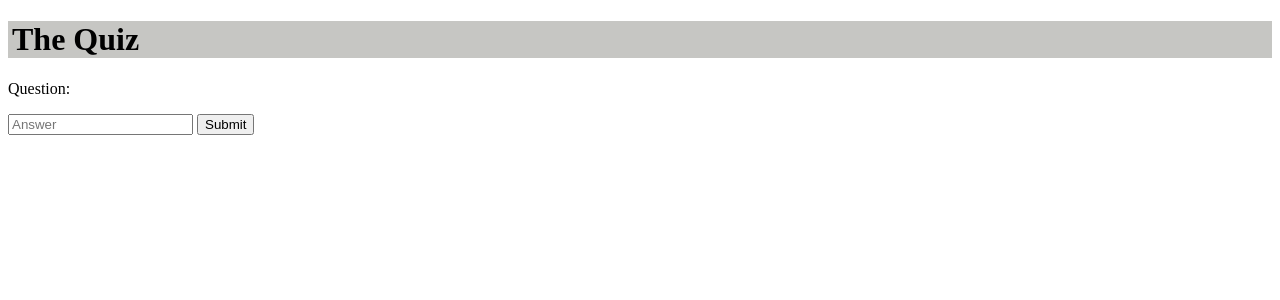
Repository: rs222kn/1dv403-laborationer
Page: 4-thequiz/index.html
The author's editor kept a record of every edit. The page is drawn from the files as they stood at one moment, then again after the next edit.
The browser window is 1280 px wide. The pictures show the whole page.
The page's requests for data from a server got no answer.

Above is the page before.
Console error: TypeError: Cannot set properties of null (setting 'innerHTML')

### 4-thequiz/index.html
<!DOCTYPE html>
<html>
    <head>
        <meta charset="UTF-8" />
 	    <title>The Quiz</title>
 	    <link href='//fonts.googleapis.com/css?family=Roboto' rel='stylesheet' type='text/css'>
        <link rel="stylesheet" type="text/css" href="css/style.css">
    </head>
    <body>
        <main>
            <header><h1>The Quiz</h1></header>
            <p>Question: </p>
            <input type="text" name="answer" id="answer" placeholder="Answer" />
            <input type="submit" name="submit" id="submit" />
        </main>
        <script src="js/script.js"></script>
    </body>
</html>

### 4-thequiz/css/style.css
body{
    background-break: #685489;

}

main{

}

header{
    padding-left: 4px;
    background-color: #C6C6C3;
    margin: auto;

}

section{
    padding: 4px;
    width: 250px;
    height: 200px;
    background-color: #634B7F;
    margin: auto;

}

#question{

}

#answer{

}

#submit{

}

### 4-thequiz/js/script.js
"use strict";

var Bord = {

    doc: {
        getSubmitBtn: document.getElementById("submit"),
        getPTagQuestion: document.getElementById("question"),
        getInputAnswer: document.getElementById("answer"),
        getPTagResponse: document.getElementById("response"),


        varXhr: new XMLHttpRequest(),

    },

    init: function(){

        Bord.xhrQuestion();
    },

    // skriver ut Frågor
    printQuestion: function(question){
        Bord.doc.getPTagQuestion.innerHTML = question;
    },

    // Får frågorna..
    xhrQuestion: function(url){
         url = url || "http://vhost3.lnu.se:20080/question/1";

        Bord.doc.varXhr.onreadystatechange = function(){
            if (Bord.doc.varXhr.readyState === 4) {
                if (Bord.doc.varXhr.status === 200) {

                    //Bord.doc.varResponse = JSON.parse(Bord.doc.varXhr.responseText);
                    var response = JSON.parse(Bord.doc.varXhr.responseText);
                    Bord.printQuestion(response.question);
                    Bord.click(response);
                }
                else{
                    Bord.doc.getPTagResponse.innerHTML = "Oväntat fel!";
                }
            }
        };
        Bord.doc.varXhr.open("GET", url, true);
        Bord.doc.varXhr.send(null);
    },

    // skickar svar!
    xhrAnswer: function(url, reId, reAnswer){

        Bord.doc.getInputAnswer.value = "";
        var product = {
            id: reId,
            answer: reAnswer
        };

        Bord.doc.varXhr.onreadystatechange = function(){
            if (Bord.doc.varXhr.readyState === 4) {
                if (Bord.doc.varXhr.status === 200) {
                    var response = JSON.parse(Bord.doc.varXhr.responseText);

                    Bord.xhrQuestion(response.nextURL);
                    Bord.doc.getPTagResponse.innerHTML = response.message;
                }
                else{
                    var response = JSON.parse(Bord.doc.varXhr.responseText);
                    Bord.doc.getPTagResponse.innerHTML = response.message;
                }
            }
        };
        Bord.doc.varXhr.open("POST", url, true);
        Bord.doc.varXhr.setRequestHeader('Content-Type', 'application/json');
        Bord.doc.varXhr.send(JSON.stringify(product));
    },

    click: function(response){
        Bord.doc.getSubmitBtn.addEventListener("click", press);

         // skicka med enter..
        Bord.doc.getInputAnswer.onkeypress = function(e){
            if(e.keyCode == 13 && !e.shiftKey){
                e.preventDefault();
                press();
            }
        };

        function press(){
            //Bord.doc.varXhr.abort();
            Bord.xhrAnswer(response.nextURL, response.id, Bord.doc.getInputAnswer.value);
            //Bord.doc.getInputAnswer.value = ""; // skapar bugg
        };
    },

};

window.onload = Bord.init;

After the next edit:
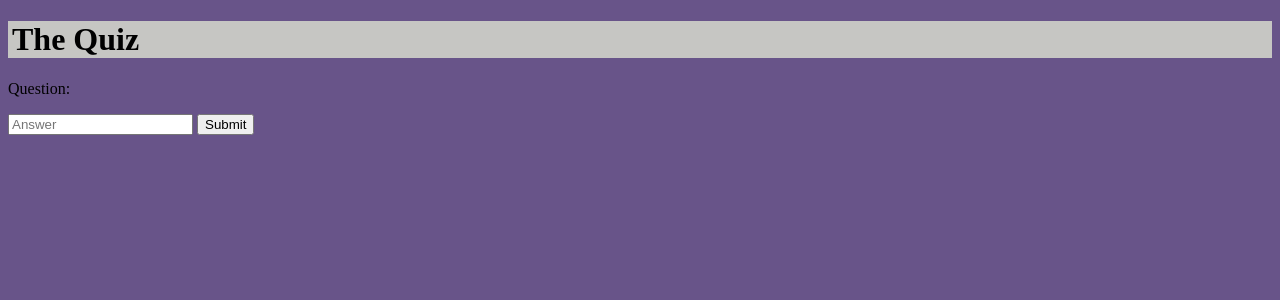
The edit:
--- a/4-thequiz/css/style.css
+++ b/4-thequiz/css/style.css
@@ -1,5 +1,5 @@
 body{
-    background-break: #685489;
+    background-color: #685489;
 
 }
 
